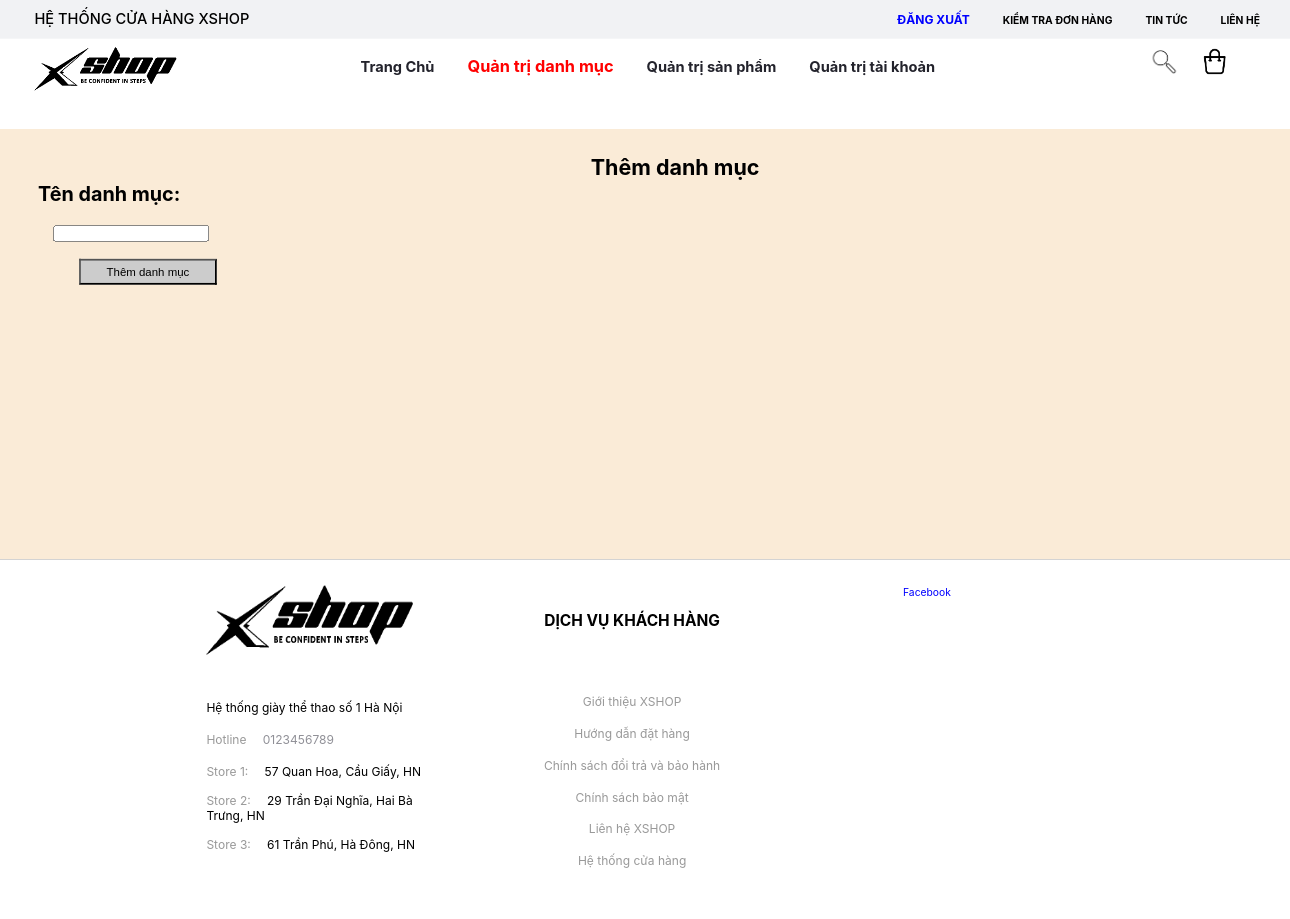
Repository: tienaq123/dam
Page: http://localhost/ass/ad/themdanhmuc.php
An editor plug-in stored every save of this project. The page is shown before and after the next save, followed by the edit.
The browser window is 1280 px wide. The page is 1500 px wide, so the pictures cover 1500 px, including what lies to the right of the window. The pictures show the whole page, at 86% of full size.
The page is run by PHP 8.4 with error messages shown; the project is at /var/www/html/.

Above is the page before, as saved 2021-10-14 06:05:00.

### ad/themdanhmuc.php
<!DOCTYPE html>
<html lang="en">

<head>
    <meta charset="UTF-8">
    <meta http-equiv="X-UA-Compatible" content="IE=edge">
    <meta name="viewport" content="width=device-width, initial-scale=1.0">
    <title>Document</title>
    <link rel="stylesheet" href="../css/themdm.css">
</head>

<body>


    <div id="wapper">

        <div id="topbar">
            <a href="#">
                <h2> HỆ THỐNG CỬA HÀNG XSHOP</h2>
            </a>
            <ul>
            <li><a class="active" style="color:blue; font-size: 14px;" href="../logout.php">ĐĂNG XUẤT</a></li>
                <li><a href="product.php">KIỂM TRA ĐƠN HÀNG</a></li>
                <li><a href="product.php">TIN TỨC</a></li>
                <li><a href="product.php">LIÊN HỆ</a></li>
            </ul>
        </div>
        <header id="header">
            <div id="logo">
                <a href="http://localhost/ass/"> <img src="../img/logo.png" alt="Logo"></a>
            </div>
            <div class="menu">
                <ul>
                    <li><a href="../home.php">Trang Chủ</a></li>
                    <li><a href="quantridanhmuc.php" style="color: red; font-size: 19px;">Quản trị danh mục</a></li>
                    <li><a href="quantrisanpham.php">Quản trị sản phẩm</a></li>
                    <li><a href="quantritaikhoan.php">Quản trị tài khoản</a></li>
                    <div id="nav">
                        <a href="product.php"> <img src="../img/search.png" alt=""></a>
                        <a href="product.php"><img src="../img/giohang.png" alt=""></a>
                    </div>
                </ul>

            </div>

        </header>

        <!-- END HEADER -->

        <main>
            <h2 style="font-size: 25px; padding-top: 30px; margin-left: 70px;">Thêm danh mục</h2>
            <form action="" method="POST">
                <table>
                    <tr>
                        <td>
                            <Span style="font-size: 23px; font-weight:bold;">Tên danh mục: </Span>
                        </td>
                    </tr>
                    <tr>
                        <td>
                        <input style="margin: 20px 0px 20px 50px; " type="text" name="tendanhmuc"> <br>
                <input style="background-color: #ccc; width: 160px; height: 30px; margin:0px 0px 20px 90px;" type="submit" value="Thêm danh mục" name="btn">
                        </td>
                    </tr>
                </table>
                 <!-- <input style="margin: 20px 0px 20px 10px; " type="text" name="tendanhmuc"> <br>
                <input style="background-color: #ccc; width: 160px; height: 30px; margin:0px 0px 20px 90px;" type="submit" value="Thêm danh mục" name="btn"> -->
            </form>
            <?php
            include '../db.php';
            if (isset($_POST['btn'])) {
                $tendanhmuc = $_POST['tendanhmuc'];
                $sql = "insert into danhmuc values(null, '$tendanhmuc')";
                $kq = $conn->exec($sql);
                if ($kq == 1)
                    // echo "Thêm thành công danh mục!";
                    header("location:quantridanhmuc.php");
                else
                    echo "Không thêm được";
            }
            ?>
        </main>

        <!-- END MAIN -->

        <footer id="footer">
            <div id="logo_footer">
                <a href="#"><img src="../img/logo.png" alt=""></a>
                <p>Hệ thống giày thể thao số 1 Hà Nội</p>
                <p class="hotline"><span>Hotline</span> <a href="#">0123456789</a></p>
                <p><span>Store 1:</span> 57 Quan Hoa, Cầu Giấy, HN <br> <br> <span>Store 2:</span> 29 Trần Đại Nghĩa,
                    Hai Bà Trưng, HN <br> <br><span>Store 3:</span> 61
                    Trần Phú, Hà Đông, HN <br> <br> </p>
            </div>
            <div id="dichvu">
                <h2>DỊCH VỤ KHÁCH HÀNG</h2>
                <p><a href="#">Giới thiệu XSHOP</a> <br> </p>
                <p><a href="#">Hướng dẫn đặt hàng</a> <br> </p>
                <p><a href="#">Chính sách đổi trả và bảo hành</a> <br> </p>
                <p><a href="#">Chính sách bảo mật</a> <br> </p>
                <p><a href="#">Liên hệ XSHOP</a> <br> </p>
                <p><a href="#">Hệ thống cửa hàng</a></p>
            </div>

            <div id="facebook">
                <div id="fb-root"></div>
                <script async defer crossorigin="anonymous" src="https://connect.facebook.net/vi_VN/sdk.js#xfbml=1&version=v10.0&appId=256623368880552&autoLogAppEvents=1" nonce="aj8H3wq8"></script>
                <div class="fb-page" data-href="https://www.facebook.com/facebook" data-tabs="timeline" data-width="250" data-height="300" data-small-header="false" data-adapt-container-width="true" data-hide-cover="false" data-show-facepile="true">
                    <blockquote cite="https://www.facebook.com/facebook" class="fb-xfbml-parse-ignore"><a href="https://www.facebook.com/facebook">Facebook</a></blockquote>
                </div>
            </div>
        </footer>
    </div>
</body>

</html>

### db.php
<?php
    try {
        $conn=new PDO("mysql:host=localhost; dbname=dam;charset=utf8", "root", "");
    } catch (PDOException $e) {
        echo "Lỗi kết nối";
    }

### css/themdm.css
* {
    margin: 0;
    padding: 0;
}

body {
    font-family: -apple-system, BlinkMacSystemFont, 'Segoe UI', Roboto, Oxygen, Ubuntu, Cantarell, 'Open Sans', 'Helvetica Neue', sans-serif;
    font-size: 12px;
}

a {
    text-decoration: none;
    color: blue;
    list-style: none;
}

/* a:hover{
color: white;
} */

img {
    border: 0px;
}

header,
nav,
section,
aside,
article,
footer,
figure {
    display: block;
}

/* code page */

#wapper {
    width: 1500px;
    margin: auto;
    ;
    overflow: hidden;
}

#topbar {
    width: 1500px;
    height: 45px;
    background-color: #f1f2f4;
    float: left;
}

#topbar h2 {
    font-size: 17px;
    font-weight: 500;
    line-height: 45px;
    margin-left: 40px;
    color: #000;
    float: left;
}

#topbar ul {
    float: right;
}

#topbar ul li {
    display: inline-block;
    line-height: 45px;
    margin-right: 35px;
}

#topbar ul li a {
    color: #000;
    font-weight: bolder;
}

#topbar ul li a:hover {
    color: #775454;
}

#topbar ul li .active {
    color: cornflowerblue;
    font-size: 14px;
}

#header {
    width: 100%;
    height: 100px;
    background-color: #ffffff;
    padding: 10px 0 40px 0;
}

#header #logo img {
    float: left;
    width: 165px;
    height: 50px;
    color: #000;
    margin: 10px 0 0 40px;
}

#header .menu ul {
    text-align: center;
    margin-right: 50px;
    line-height: 66px;
}

#header .menu ul li {
    display: inline-block;
    margin-right: 35px;
}

#header .menu ul li a {
    font-size: 17px;
    font-weight: bold;
    color: #23232c;
}

#header .menu ul li a:hover {
    color: red;
}

#nav {
    float: right;
    line-height: 80px;
}

#nav img {
    width: 35px;
    height: 35px;
    margin-right: 20px;
}

main {
    text-align: center;
    min-height: 500px;
    background: antiquewhite;
}



#footer {
    width: 1500px;
    border-top: 1px solid #ccc;
    display: grid;
    grid-template-columns: 1fr 1fr 1fr;
}

#footer #logo_footer {
    float: left;
}

#footer #logo_footer img {
    width: 240px;
    height: 80px;
    margin: 30px 0 30px 240px;
}

#footer #logo_footer a {
    color: #909097;
}

#footer #logo_footer span {
    color: #999999;
    margin-right: 15px;
}

#footer #logo_footer p {
    font-size: 14px;
    margin: 20px 0 20px 240px;
}

#footer #dichvu {
    text-align: center;
    margin: 60px 30px 40px 0;
}

#footer #dichvu h2 {
    margin-bottom: 75px;
}

#footer #dichvu p {
    margin-bottom: 20px;
}

#footer #dichvu p a {
    font-size: 14px;
    color: #999999;
}

#footer #facebook {
    margin: 30px 0 0 50px;
}

After the next save:
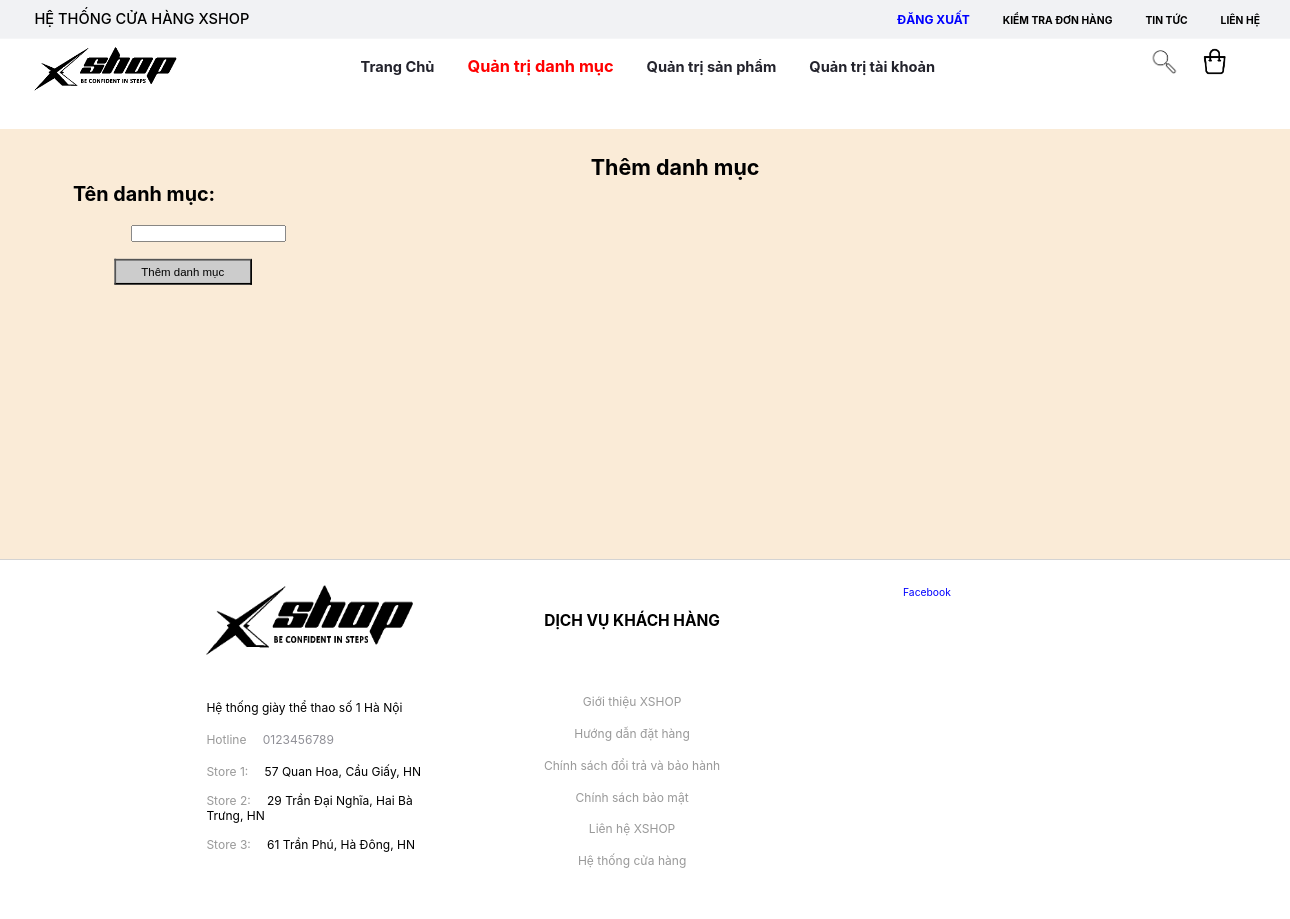
Saved 6 s later.
--- a/ad/themdanhmuc.php
+++ b/ad/themdanhmuc.php
@@ -58,7 +58,7 @@
                     </tr>
                     <tr>
                         <td>
-                        <input style="margin: 20px 0px 20px 50px; " type="text" name="tendanhmuc"> <br>
+                        <input style="margin: 20px 0px 20px 150px; " type="text" name="tendanhmuc"> <br>
                 <input style="background-color: #ccc; width: 160px; height: 30px; margin:0px 0px 20px 90px;" type="submit" value="Thêm danh mục" name="btn">
                         </td>
                     </tr>
